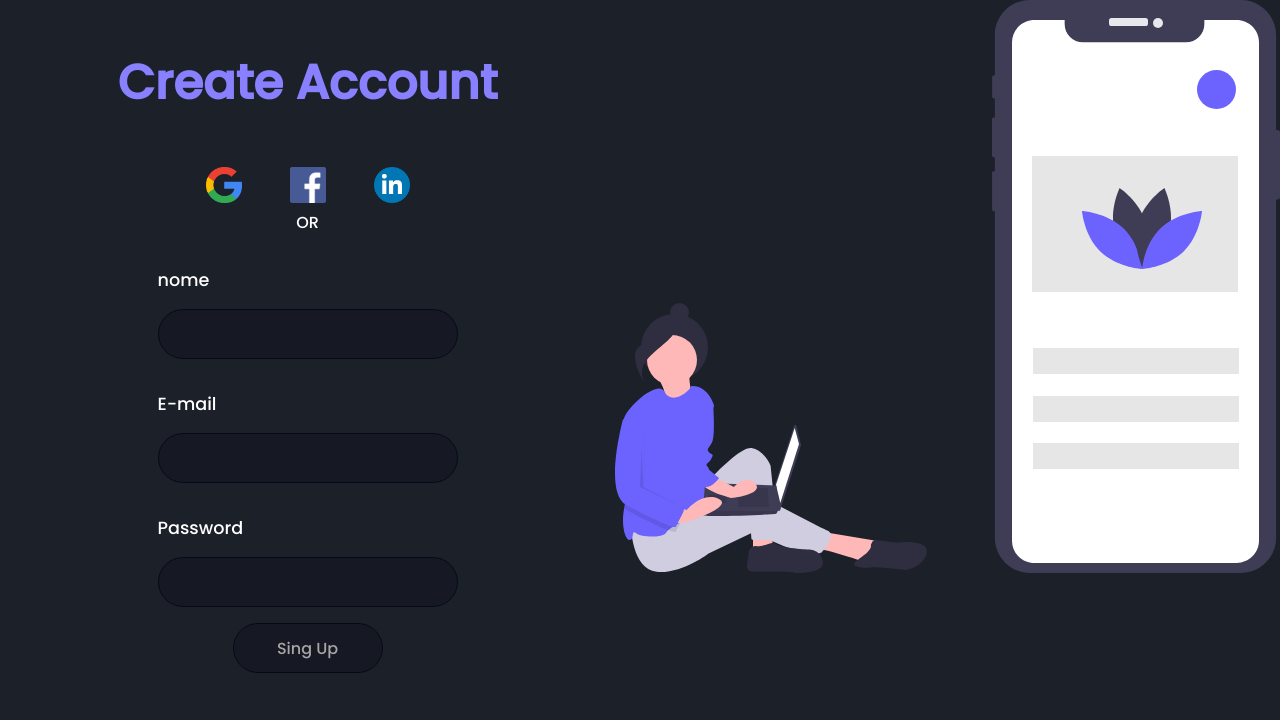
Repository: daniel-victorr/Cadastro
Page: login.html
The author's editor kept a copy of each file at every save. The page is drawn from the files as they stood at one save, then again after a run of saves.
The browser window is 1280 px wide. The pictures show the whole page.

Above is the page before, as saved 2022-02-17 16:38:58.

### login.html
<!DOCTYPE html>
<html lang="en">
<head>
    <meta charset="UTF-8">
    <meta http-equiv="X-UA-Compatible" content="IE=edge">
    <meta name="viewport" content="width=device-width, initial-scale=1.0">
    <link rel="stylesheet" href="Cadastro.css">
    <title>Cadastro</title>
</head>
<body>
    <main>
        <h1> Create Account</h1>
          <div class="Social-midia">
             <a href="#">
                <img src="Fotos/google.png" alt="Google">
             </a>
             <a href="#">
                <img src="Fotos/facebook.png" alt="Facebook">
             </a>
             <a href="#">
                <img src="Fotos/linkedin.png"alt="linkedin">
             </a>
          </div>
          <div class="Alternativa">
              <span>OR</span>
          </div>
          <form action="">
              <label for="nome">
                 <span>nome</span>
                 <input type="text" id="nome" name="nome">
              </label>

              <label for="Email">
                  <span>E-mail</span>
                  <input type="text" id="Email" name="Email">
              </label>

              <label for="password">
                  <span>Password</span>
                  <input type="Password" id="Password" name="Password">
              </label>
              <input type="submit" value="Sing Up">

          </form>
    </main>
    <section clas="images">
        <img src="Fotos/mobile.svg" alt="Mobile">
        <div class="circle"></div>
    </section>

</body>
</html>

### Cadastro.css
@import url('https://fonts.googleapis.com/css2?family=Poppins:ital,wght@0,500;1,200&family=Titillium+Web:wght@200&display=swap');

*{
    margin:0;
    padding: 0;
    border: 0;
    box-sizing: border-box;
    font-family: "Poppins",sans-serif;
}

body{
    background: #1B2029;
    color: white;
    font-weight: 500;
    display: flex;
    min-height: 100vh;

}

main{
    width: 50vw;
    display: flex;
    flex-direction: column;
    align-items: center;
    justify-content: center;
}

main h1{
    color:#8880FE;
    font-size: 3rem;
    margin-bottom: 3rem;
}

main .Social-midia{
    display: flex;
    align-content: center;
}

main .Social-midia a{
    text-decoration: none;
}

main .Social-midia img{
    width: 36px;
    margin-left: 3rem;
}

main .Social-midia a:first-child img{
    margin-left: 0;
}

main form{
    display:flex;
    flex-direction: column;
    align-items: center;
}

main form label{
    display: flex;
    flex-direction: column;
}

main form label span{
    font-size: 1.1rem;
    margin-top: 2rem;

}

main form input{
    background: #161923;
    width: 300px;
    height: 50px;
    padding: 0 0.5rem;
    margin-top: 1rem;
    outline: nome;
    color: rgba(166,166,166);
    font-size: 1rem;
    border: 1px solid #040B18;
    border-radius: 28px;
}

main form input[type="submit"]{
    cursor: pointer;
    width:50%;
    margin-top: ;
}

After the next 6 saves:
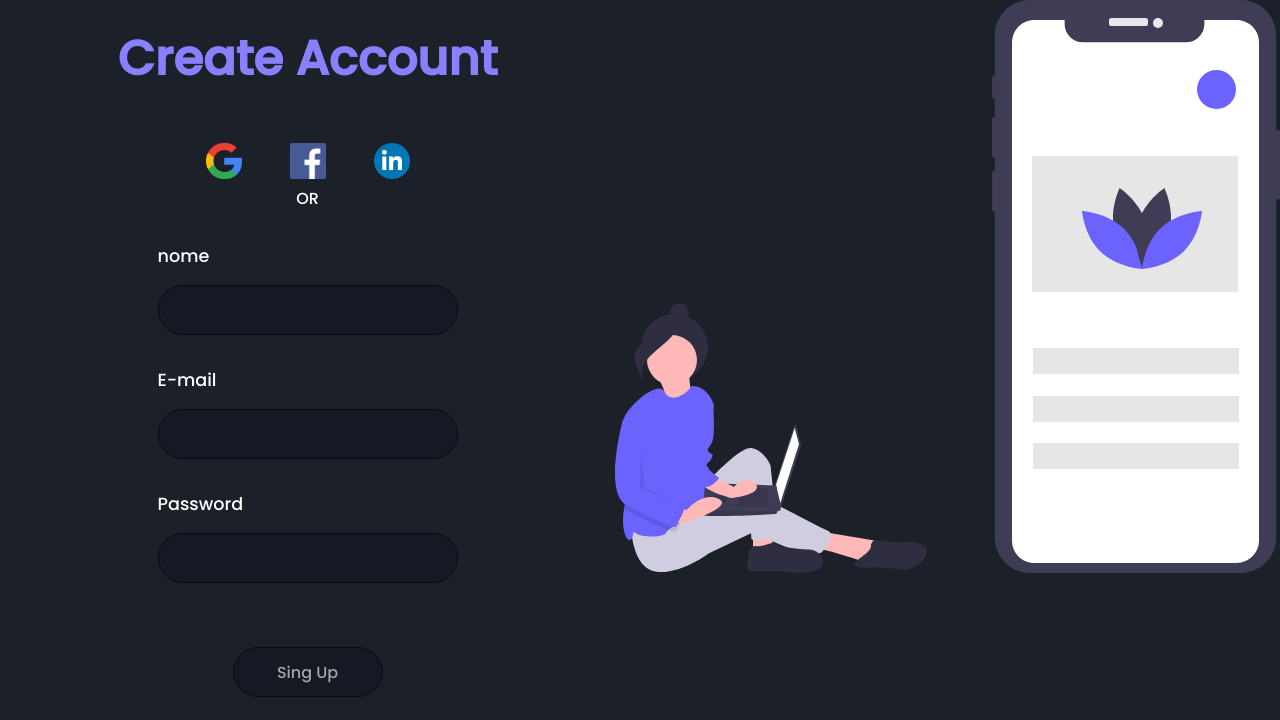
The 6 saves are shown as one change because they came seconds apart.
The last was saved 14 s later.
--- a/Cadastro.css
+++ b/Cadastro.css
@@ -82,5 +82,6 @@ main form input{
 main form input[type="submit"]{
     cursor: pointer;
     width:50%;
-    margin-top: ;
+    margin-top: 4rem;
+    border-radius: ;
 }
